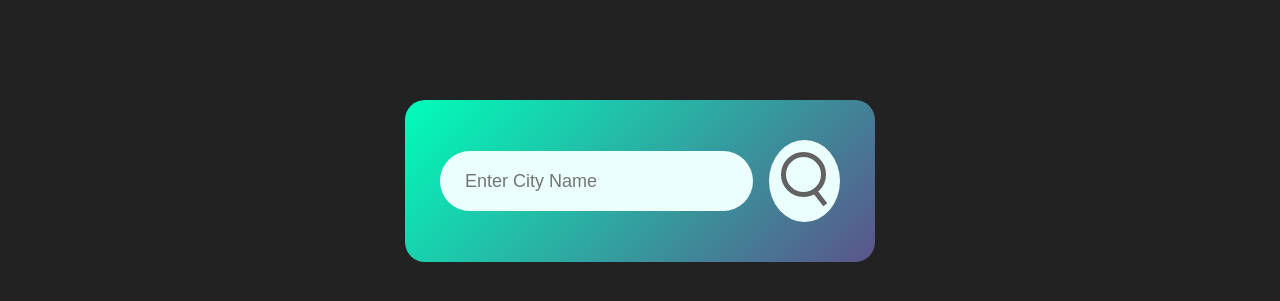
Repository: dubeprince/WeatherApp-Project
Page: WeatherApp/index.html
These files come from the project's save history. The page is drawn as it stood at one moment and after the next save; the edit follows.
The browser window is 1280 px wide. The pictures show the whole page.

Above is the page before, as saved 2023-05-26 10:49:31.

After the next save:
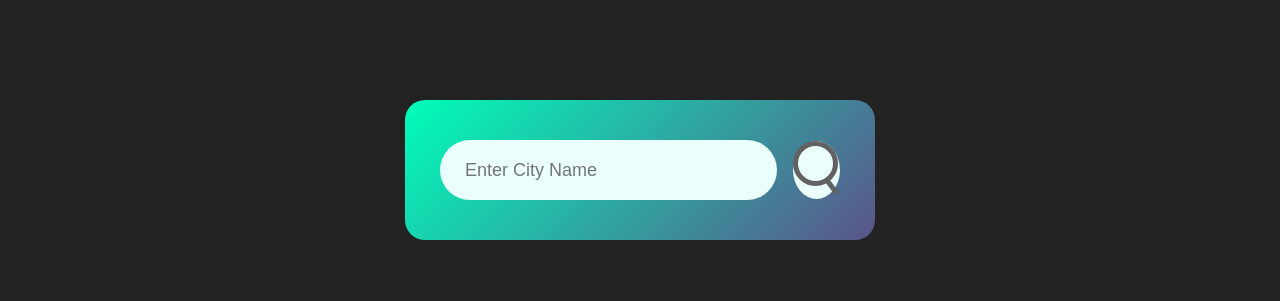
Saved 8 s later.
--- a/WeatherApp/style.css
+++ b/WeatherApp/style.css
@@ -42,6 +42,6 @@ body{
     outline: 0;
     border-radius: 50%;
     background: #ebfffc;
-    padding : 12px 12px;
+
 
 }
